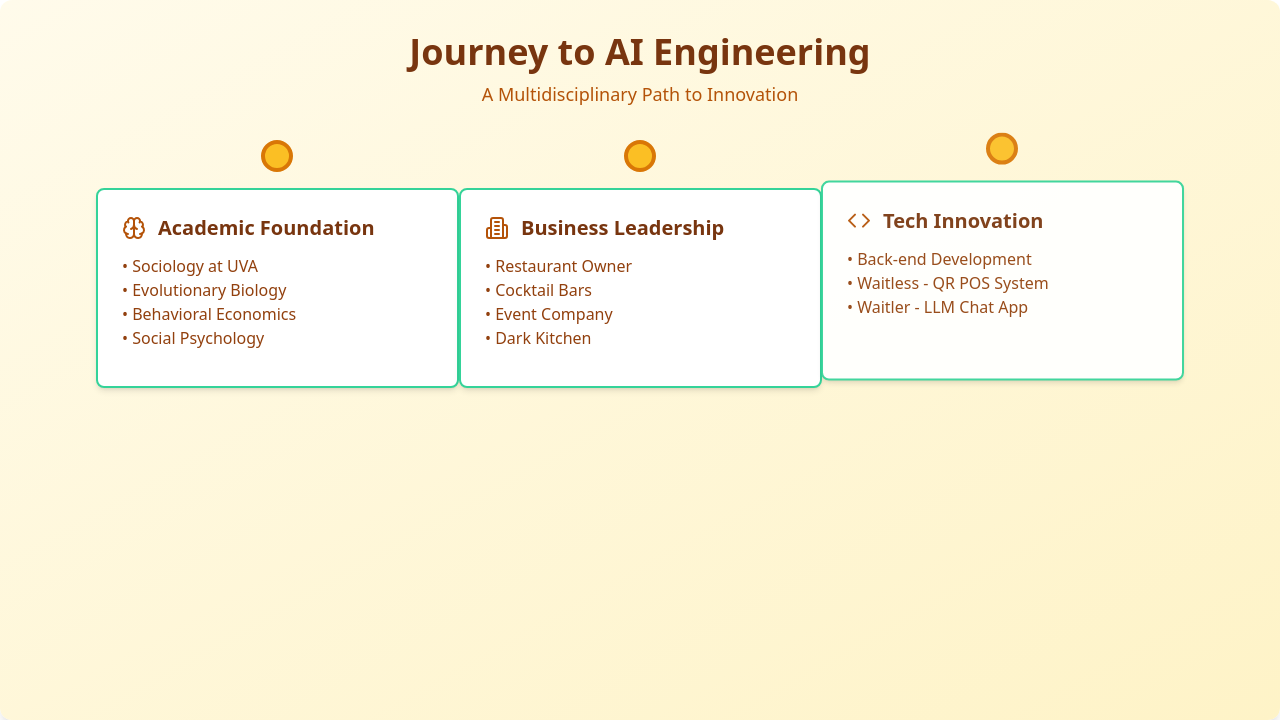
Repository: Galbaz1/dell_presentation
Page: /
The author's editor kept a copy of each file at every save. The page is drawn from the files as they stood at one save, then again after a run of saves.
The browser window is 1280 px wide. The pictures show the whole page.
The project was rebuilt for these pictures with package versions that can differ from the ones it lists, and the page was loaded fresh each time. The framework's server and built-in components were replaced by stand-ins that run in the browser.

Above is the page before, as saved 2024-11-11 12:31:39.

After the next 3 saves:
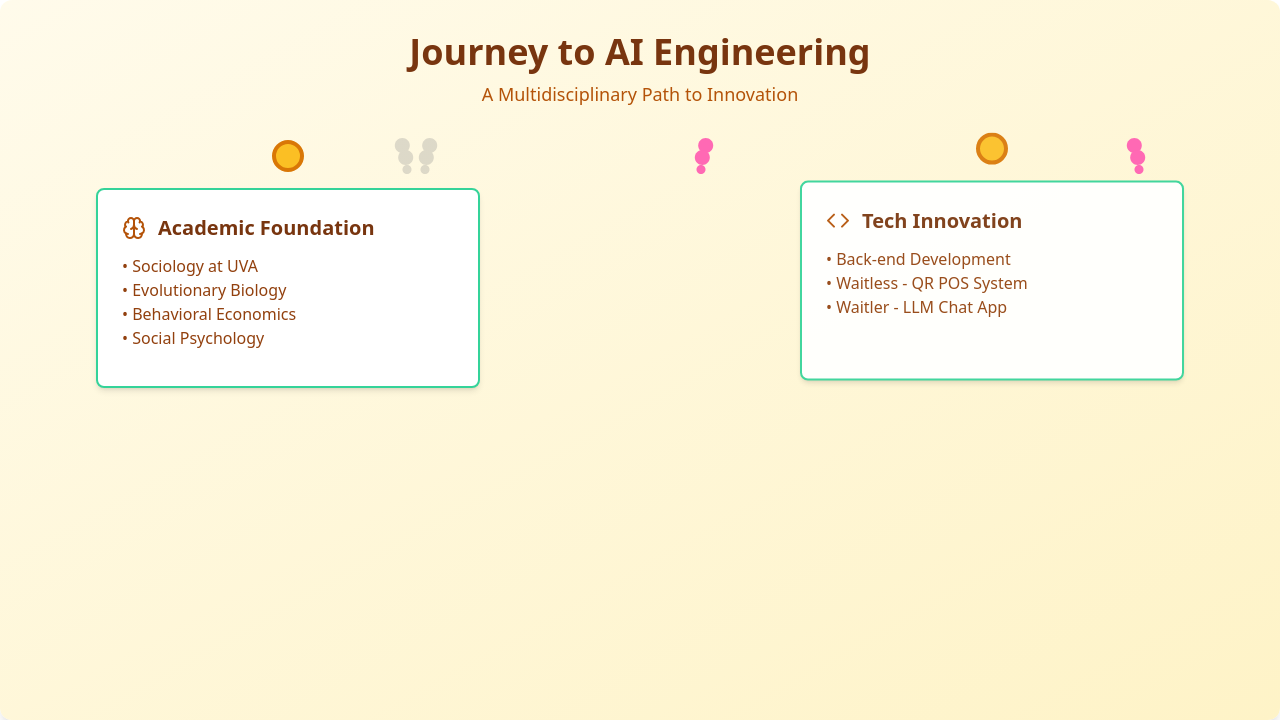
The 3 saves are shown as one change because they came seconds apart.
The last was saved 13 s later.
--- a/pages/index.tsx
+++ b/pages/index.tsx
@@ -1,7 +1,21 @@
-import React from 'react';
+import React, { useState, useCallback, useEffect } from 'react';
 import { Brain, Building2, Code, Users, ArrowRight, RefreshCcw } from 'lucide-react';
+import dynamic from 'next/dynamic';
+
+const WalkingFootsteps = dynamic(() => import('../components/WalkingFootsteps'), { ssr: false });
 
 const SpeakerSlide: React.FC = () => {
+  const [showSecondBlock, setShowSecondBlock] = useState(false);
+  const [showFootsteps, setShowFootsteps] = useState(false);
+
+  useEffect(() => {
+    const timer = setTimeout(() => {
+      setShowFootsteps(true);
+    }, 2000); // Adjust timing based on your fall animation duration
+
+    return () => clearTimeout(timer);
+  }, []);
+
   return (
     <div className="bg-gradient-to-br from-amber-50 to-amber-100 p-8 rounded-xl shadow-lg min-h-screen overflow-hidden">
       {/* Header */}
@@ -32,23 +46,32 @@ const SpeakerSlide: React.FC = () => {
             </div>
           </div>
 
-          {/* Business Experience */}
-          <div className="w-96 relative fall-animation fall-animation-delay-1">
-            <div className="absolute -top-4 left-1/2 transform -translate-x-1/2">
-              <div className="w-8 h-8 rounded-full bg-amber-400 border-4 border-amber-600" />
+          {showFootsteps && (
+            <WalkingFootsteps
+              startX={384} // Adjust based on your layout
+              startY={0}
+              onComplete={() => setShowSecondBlock(true)}
+            />
+          )}
+
+          {showSecondBlock && (
+            <div className="w-96 relative fall-animation fall-animation-delay-1">
+              <div className="absolute -top-4 left-1/2 transform -translate-x-1/2">
+                <div className="w-8 h-8 rounded-full bg-amber-400 border-4 border-amber-600" />
+              </div>
+              <div className="bg-white p-6 rounded-lg shadow-md mt-8 h-[200px] flex flex-col border-2 border-emerald-400">
+                <h2 className="text-xl font-semibold text-amber-900 mb-3 flex items-center">
+                  <Building2 className="mr-3 text-amber-700 w-6 h-6" /> Business Leadership
+                </h2>
+                <ul className="text-base text-amber-800 flex-1">
+                  <li>• Restaurant Owner</li>
+                  <li>• Cocktail Bars</li>
+                  <li>• Event Company</li>
+                  <li>• Dark Kitchen</li>
+                </ul>
+              </div>
             </div>
-            <div className="bg-white p-6 rounded-lg shadow-md mt-8 h-[200px] flex flex-col border-2 border-emerald-400">
-              <h2 className="text-xl font-semibold text-amber-900 mb-3 flex items-center">
-                <Building2 className="mr-3 text-amber-700 w-6 h-6" /> Business Leadership
-              </h2>
-              <ul className="text-base text-amber-800 flex-1">
-                <li>• Restaurant Owner</li>
-                <li>• Cocktail Bars</li>
-                <li>• Event Company</li>
-                <li>• Dark Kitchen</li>
-              </ul>
-            </div>
-          </div>
+          )}
 
           {/* Tech Innovation */}
           <div className="w-96 relative fall-animation fall-animation-delay-2">
